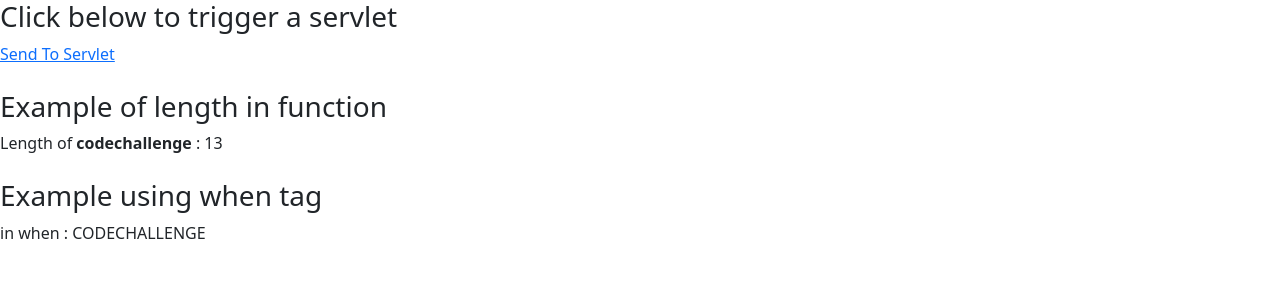
Repository: manjubadiger7/Jstl
Page: http://localhost/JstlReview/jspHome.jsp
The author's editor kept a copy of each file at every save. The page is drawn from the files as they stood at one save, then again after the next save.
The browser window is 1280 px wide. The pictures show the whole page.
The page is served by Tomcat 9. Other server files are loaded and not shown.

Above is the page before, as saved 2021-06-07 06:20:56.

### JstlReview/WebContent/jspHome.jsp
<%@ taglib uri="http://java.sun.com/jsp/jstl/core" prefix="c"%>
<%@ taglib uri="http://java.sun.com/jsp/jstl/functions" prefix="fn"%>
<%@ taglib uri="http://java.sun.com/jsp/jstl/fmt" prefix="fmt"%>
<%@ page language="java" contentType="text/html; charset=ISO-8859-1"
	pageEncoding="ISO-8859-1"%>
<!DOCTYPE html>
<html>
<head>
<link
	href="https://cdn.jsdelivr.net/npm/bootstrap@5.0.1/dist/css/bootstrap.min.css"
	rel="stylesheet"
	integrity="sha384-+0n0xVW2eSR5OomGNYDnhzAbDsOXxcvSN1TPprVMTNDbiYZCxYbOOl7+AMvyTG2x"
	crossorigin="anonymous">
<meta charset="ISO-8859-1">
<title>CodeChallenge on JSTL</title>
</head>
<body>
	<h3>Click below to trigger a servlet</h3>
	<c:url var="codeVar" value="CodeChallenge">
		<c:param name="id" value="m1064525" />
		<c:param name="name" value="Bharath" />
		<c:param name="salary" value="1234" />
	</c:url>
	<a href="${codeVar}">Send To Servlet</a>


	<br>
	<br>

	<h3>Example of length in function</h3>
	<c:set var="data" value="codechallenge" />
	Length of
	<b>${data}</b> : ${fn:length(data)}

	<br>
	<br>

	<h3>Example using when tag</h3>
	<c:choose>
		<c:when test="${fn:length(data)>5}">
 in when : ${fn:toUpperCase(data)}
</c:when>
		<c:otherwise>
in otherwise : ${data}
</c:otherwise>
	</c:choose>
	<script
		src="https://cdn.jsdelivr.net/npm/bootstrap@5.0.1/dist/js/bootstrap.bundle.min.js"
		integrity="sha384-gtEjrD/SeCtmISkJkNUaaKMoLD0//ElJ19smozuHV6z3Iehds+3Ulb9Bn9Plx0x4"
		crossorigin="anonymous"></script>
	<script
		src="https://ajax.googleapis.com/ajax/libs/jquery/3.6.0/jquery.min.js"></script>
</body>
</html>

After the next save:
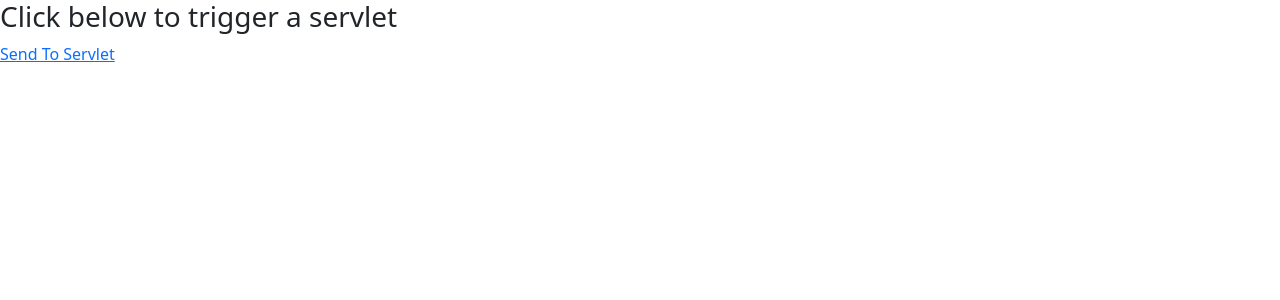
Saved 35 s later.
--- a/JstlReview/WebContent/jspHome.jsp
+++ b/JstlReview/WebContent/jspHome.jsp
@@ -27,23 +27,7 @@
 	<br>
 	<br>
 
-	<h3>Example of length in function</h3>
-	<c:set var="data" value="codechallenge" />
-	Length of
-	<b>${data}</b> : ${fn:length(data)}
 
-	<br>
-	<br>
-
-	<h3>Example using when tag</h3>
-	<c:choose>
-		<c:when test="${fn:length(data)>5}">
- in when : ${fn:toUpperCase(data)}
-</c:when>
-		<c:otherwise>
-in otherwise : ${data}
-</c:otherwise>
-	</c:choose>
 	<script
 		src="https://cdn.jsdelivr.net/npm/bootstrap@5.0.1/dist/js/bootstrap.bundle.min.js"
 		integrity="sha384-gtEjrD/SeCtmISkJkNUaaKMoLD0//ElJ19smozuHV6z3Iehds+3Ulb9Bn9Plx0x4"
